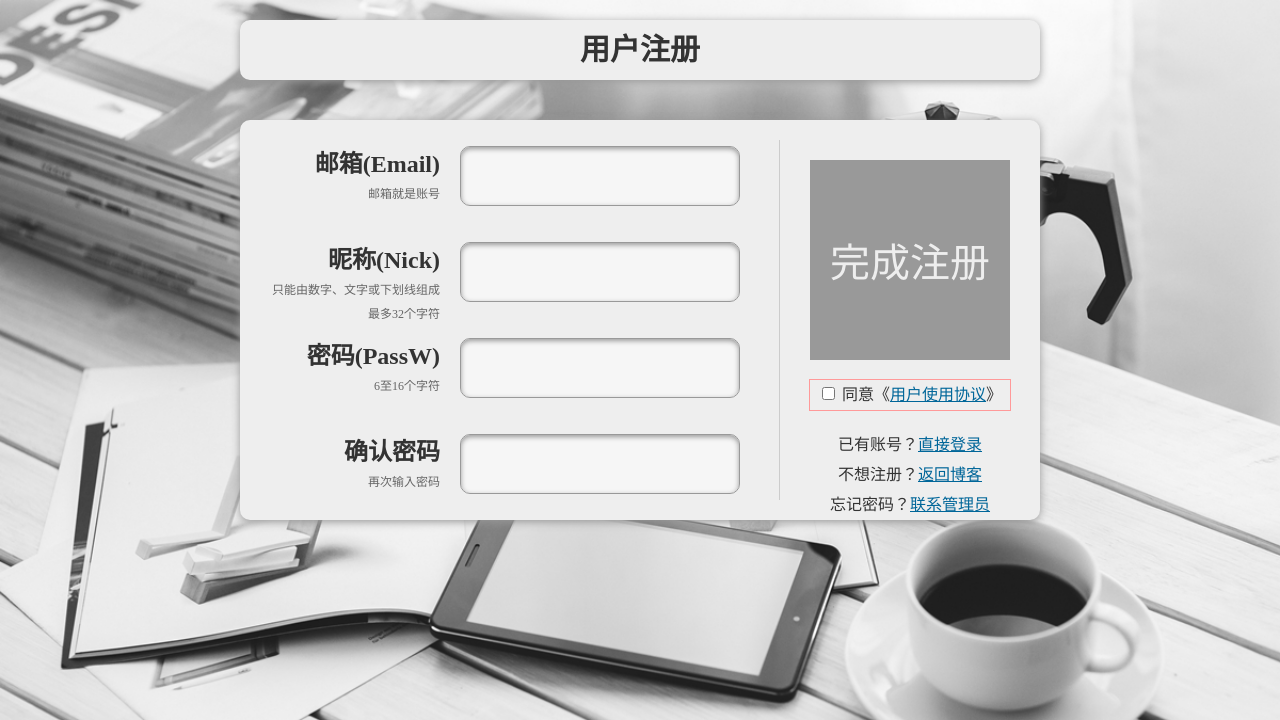
Repository: SUT-GC/myblog
Page: http://localhost/myblog/jsp/registered/registered.jsp
The author's editor kept a copy of each file at every save. The page is drawn from the files as they stood at one save, then again after the next save.
The browser window is 1280 px wide. The pictures show the whole page.
The page is served by Tomcat 9.

Above is the page before, as saved 2015-10-01 10:27:14.

After the next save:
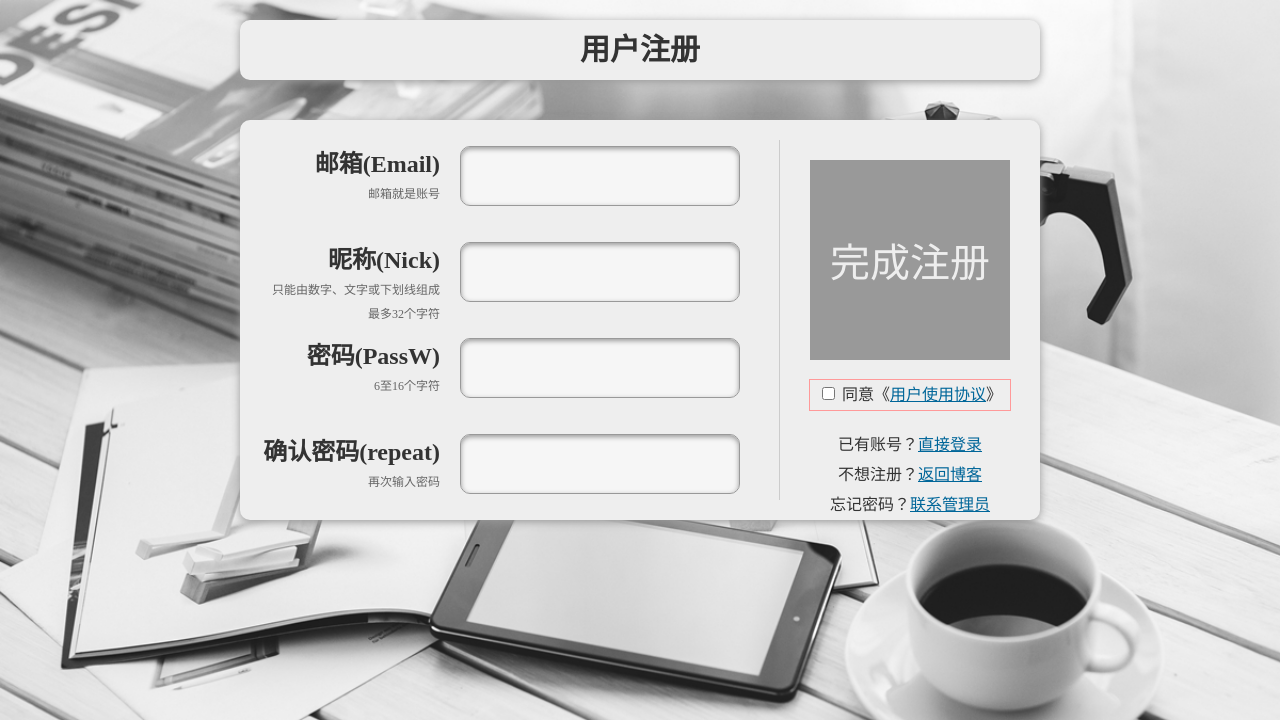
Saved 8 s later.
--- a/javaee_workspace/myblog/WebContent/jsp/registered/registered.jsp
+++ b/javaee_workspace/myblog/WebContent/jsp/registered/registered.jsp
@@ -51,7 +51,7 @@
 </div>
 <div class="line" id="line_repeat">
 <div class="info">
-<strong>确认密码</strong>
+<strong>确认密码(repeat)</strong>
 <span class="tips">再次输入密码</span>
 </div>
 <div class="input">

After the 2 saves that followed:
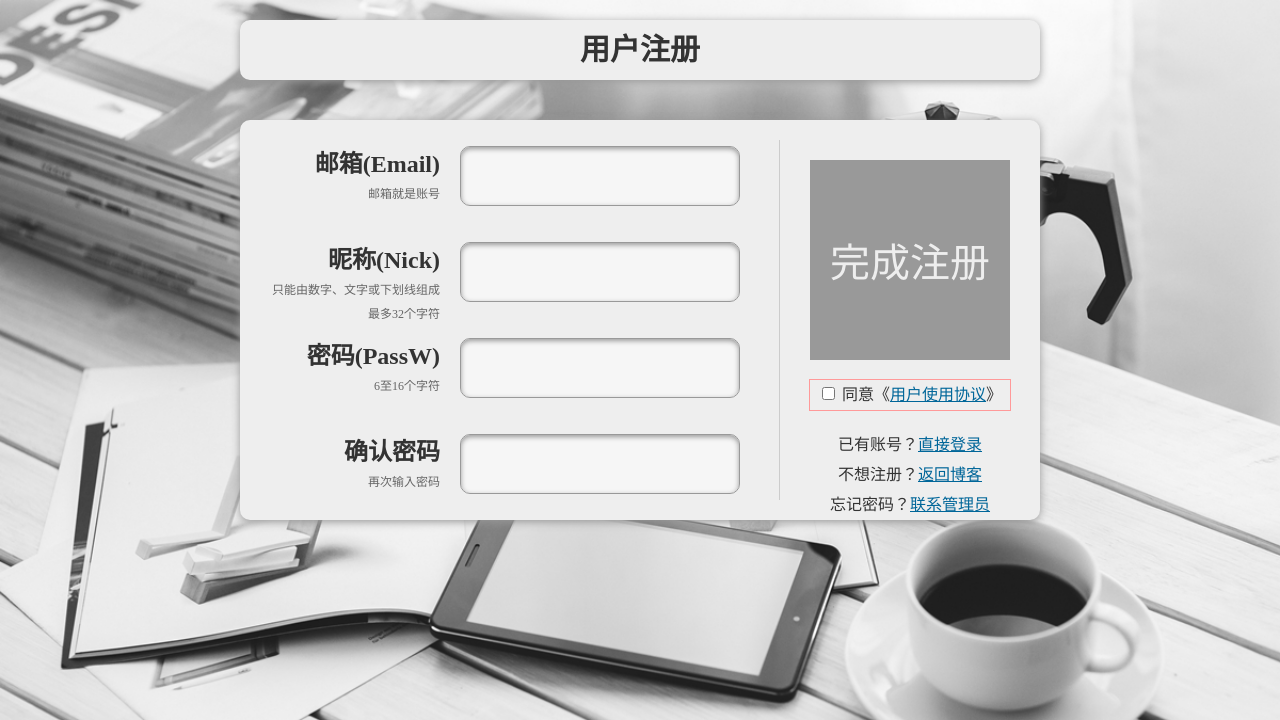
The 2 saves are shown as one change because they came seconds apart.
The last was saved 10 s later.
--- a/javaee_workspace/myblog/WebContent/jsp/registered/registered.jsp
+++ b/javaee_workspace/myblog/WebContent/jsp/registered/registered.jsp
@@ -51,7 +51,7 @@
 </div>
 <div class="line" id="line_repeat">
 <div class="info">
-<strong>确认密码(repeat)</strong>
+<strong>确认密码</strong>
 <span class="tips">再次输入密码</span>
 </div>
 <div class="input">
